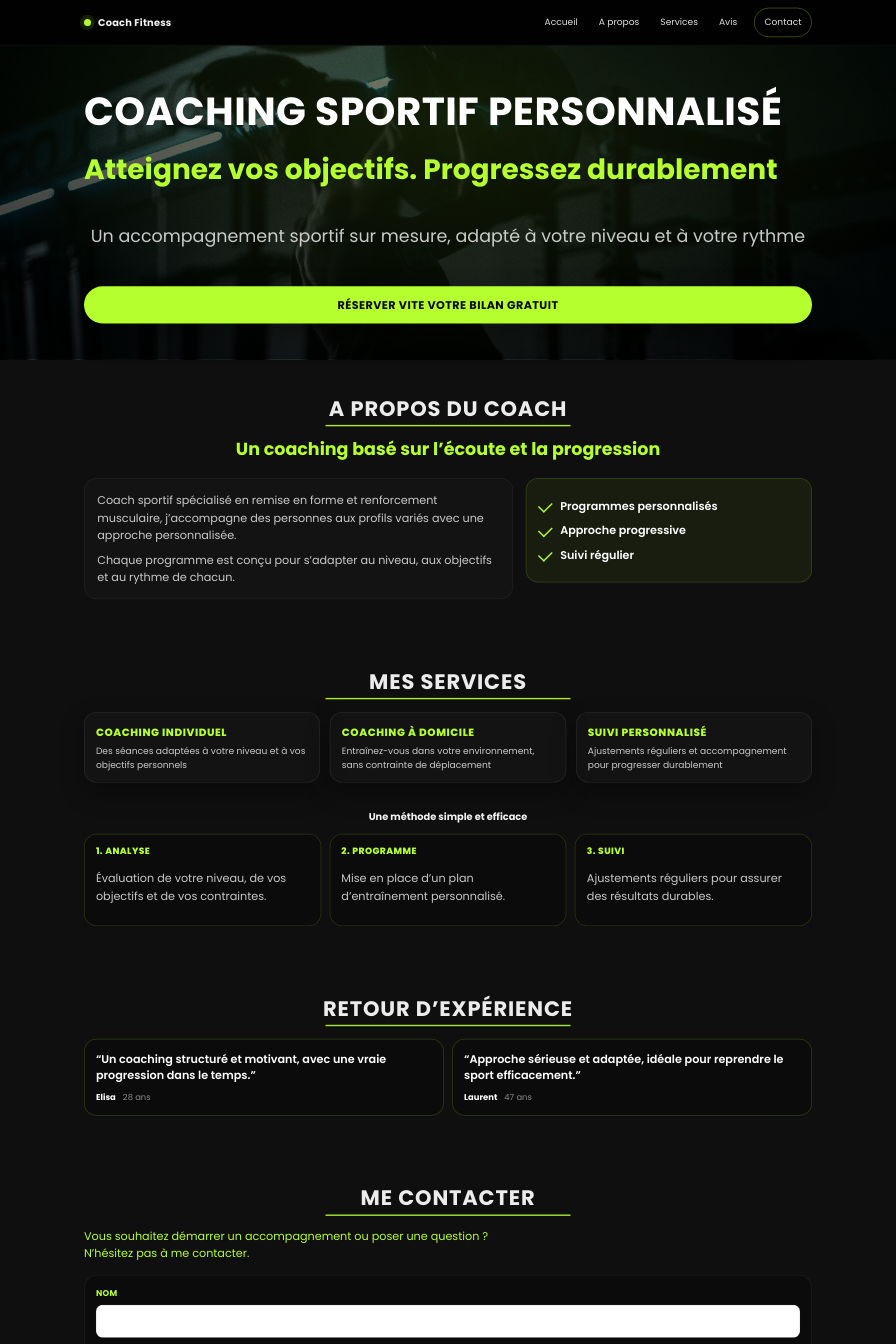
Repository: ThomasHdrd/CoachFitness
Page: index.html
These files come from the project's save history. The page is drawn as it stood at one moment and after the next save; the edit follows.
The browser window is 1280 px wide. The pictures show the part of the page from y = 0 to 1920 px (the page is 3031 px tall before and 3134 px after), at 70% of full size.

Above is the page before, as saved 2026-01-20 22:05:57.

After the next save:
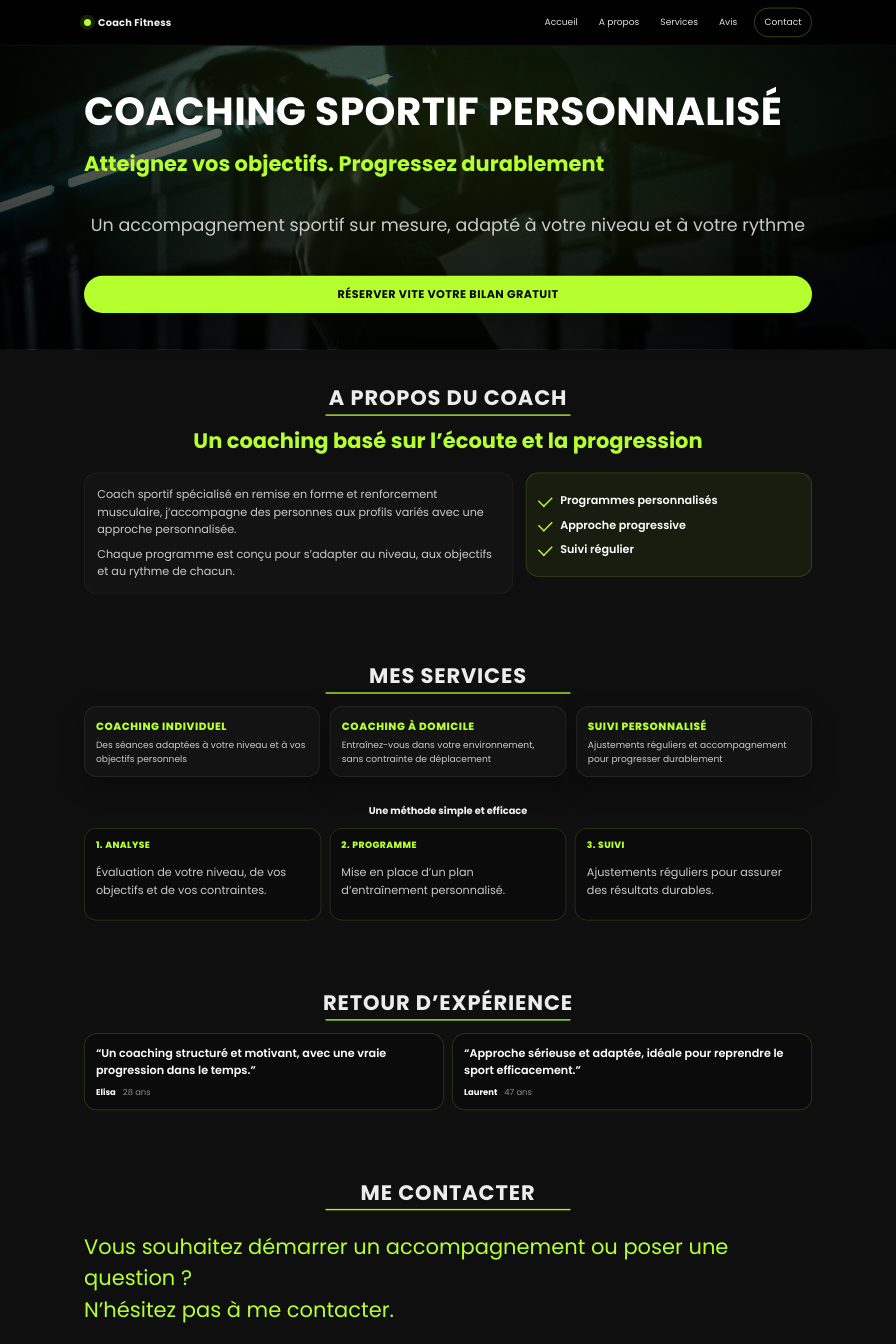
Saved 53 s later.
--- a/styles.css
+++ b/styles.css
@@ -228,7 +228,7 @@ body{
   font-size: 25px;
   font-weight: 700;
 }
-.accent{ color: var(--accent); }
+.accent{ color: var(--accent); font-size: 30px;}
 .muted{ color: var(--muted); }
 .muted2{ color: var(--muted2); }
 
